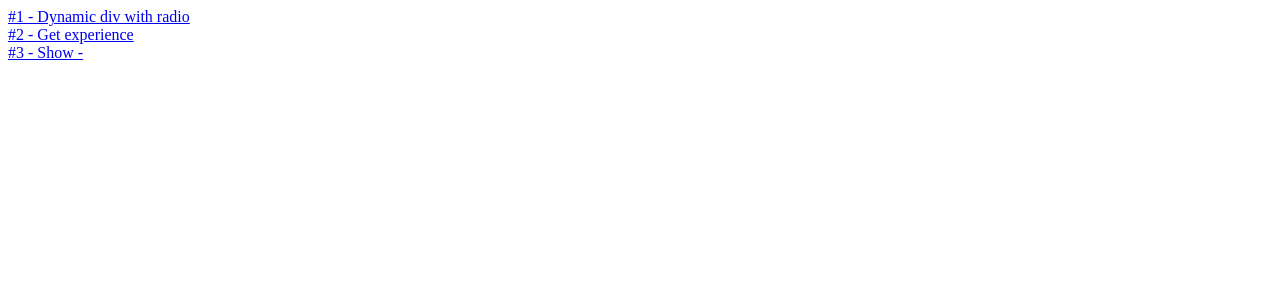
Repository: edsonjuniornarvaes/events-utils
Page: index.html
These files come from the project's save history. The page is drawn as it stood at one moment and after the next save; the edit follows.
The browser window is 1280 px wide. The pictures show the whole page.

Above is the page before, as saved 2020-07-27 20:36:38.

After the next save:
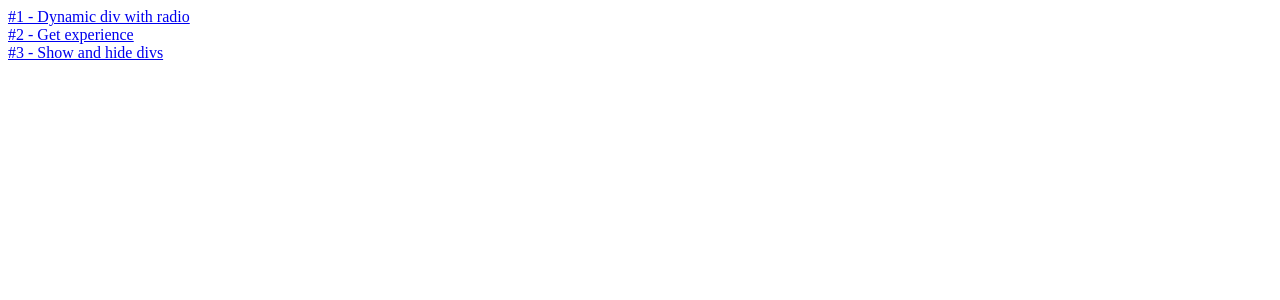
Saved 5 s later.
--- a/index.html
+++ b/index.html
@@ -11,7 +11,7 @@
         <a href="resources/views/get-experience/get-experience.page.html">#2 - Get experience</a>
     </div>
     <div class="row">
-        <a href="resources/views/get-experience/get-experience.page.html">#3 - Show - </a>
+        <a href="resources/views/get-experience/get-experience.page.html">#3 - Show and hide divs</a>
     </div>
 </head>
 <body>
